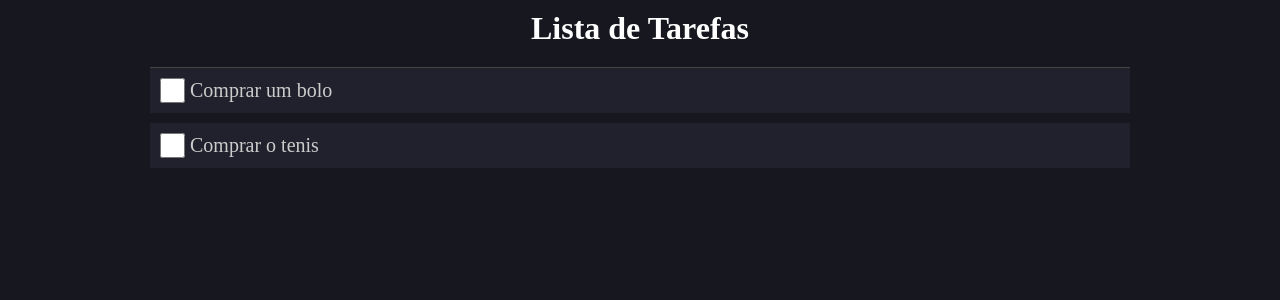
Repository: Wink07/lista-tarefas
Page: /
An editor plug-in stored every save of this project. The page is shown before and after the next save, followed by the edit.
The browser window is 1280 px wide. The pictures show the whole page.
The project was rebuilt for these pictures with package versions that can differ from the ones it lists, and the page was loaded fresh each time. Also part of the build but not shown: vite.config.ts.

Above is the page before, as saved 2022-05-10 18:31:16.

### src/main.tsx
import React from 'react'
import ReactDOM from 'react-dom/client'
import { App } from './App'


ReactDOM.createRoot(document.getElementById('root')!).render(
  <React.StrictMode>
    <App />
  </React.StrictMode>
)

### src/App.tsx
import * as C from "./App.styles"
import './global.css'
import { useState } from "react"
import { Item } from './types/Item'
import { ListItem } from './components/ListItem';

export const App = () => {
  const [list, setList] = useState<Item[]>( [
    { id: 1, name: 'Comprar um bolo', done: false},
    { id: 2, name: 'Comprar o tenis', done: false},
  ]);


  return (
    <C.Container>
      <C.Area>
        <C.Header>Lista de Tarefas</C.Header>

          {}

          {list.map((item, index) => (
            <ListItem key={index} item={item}/>
          ))}

      </C.Area>
    </C.Container>
  )
}

### src/App.styles.ts
import styled from 'styled-components';


export const Container = styled.div`
    background-color: #17181F;
    color:#797A81;
    min-height: 100vh;
`;

export const Area = styled.div`
    margin: auto;
    max-width: 980px;
    padding: 10px;
`;

export const Header = styled.h1`
    margin: 0;
    padding: 0;
    color: #FFF;
    text-align: center;
    border-bottom: 1px solid #444;
    padding-bottom: 20px;
`;

### src/components/ListItem/index.tsx
import * as C from './styles'
import { Item } from '../../types/Item';
import { useState } from 'react';

type Props = {
    item: Item
}


export const ListItem = ({item }: Props) => {
    const [isChecked, setIsChecked] = useState(item.done)

    return (
        <C.Container>
            <input type="checkbox" checked={isChecked}/>
            <label>{item.name}</label>
        </C.Container>
    )
}

### src/components/ListItem/styles.ts

import styled from 'styled-components'

export const Container = styled.div`
    display: flex;
    background-color: #20212C;
    padding: 10px;
    boder-radius: 10px;
    margin-bottom: 10px;
    align-items: center;

    input {
        width: 25px;
        height: 25px;
        margin-right: 5px;
    }

    label {
        color: #CCC;
        font-size: 20px;
    }
`;

Loaded but not shown: index.html (common file); src/global.css (common file)

After the next save:
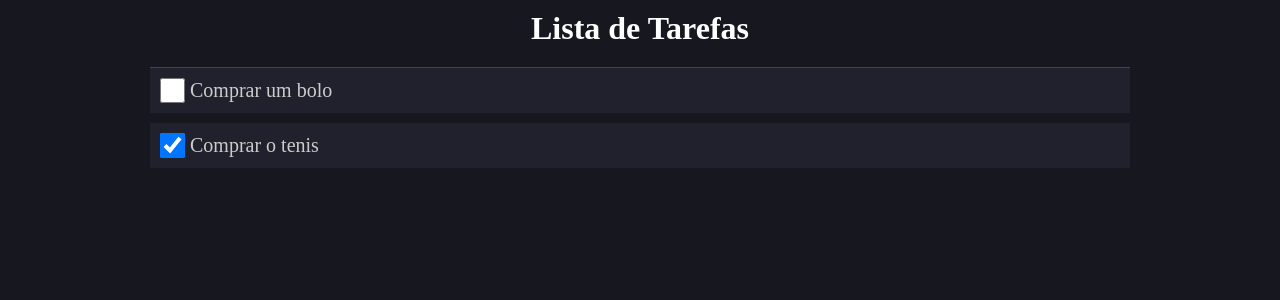
Saved 10 s later.
--- a/src/App.tsx
+++ b/src/App.tsx
@@ -7,7 +7,7 @@ import { ListItem } from './components/ListItem';
 export const App = () => {
   const [list, setList] = useState<Item[]>( [
     { id: 1, name: 'Comprar um bolo', done: false},
-    { id: 2, name: 'Comprar o tenis', done: false},
+    { id: 2, name: 'Comprar o tenis', done: true},
   ]);
 
 
